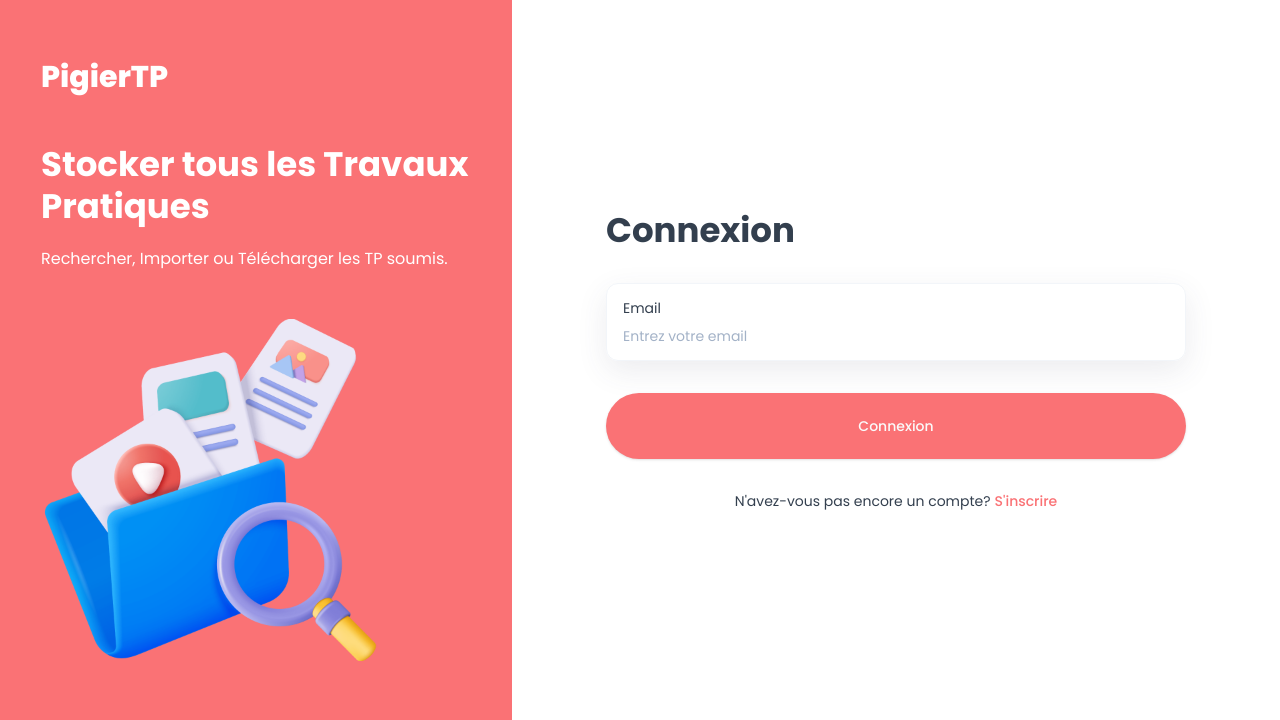
Repository: Tychiq/pigier_tp
Page: /sign-in
The author's editor kept a copy of each file at every save. The page is drawn from the files as they stood at one save, then again after the next save.
The browser window is 1280 px wide. The pictures show the whole page.
The page's requests for data from a server got no answer. The project was rebuilt for these pictures with package versions that can differ from the ones it lists, and the page was loaded fresh each time. The framework's server and built-in components were replaced by stand-ins that run in the browser. No one was signed in, and anything a server would have sent is missing. Also part of the build but not shown: next.config.ts, components/ui/alert-dialog.tsx, components/ui/input-otp.tsx, components/OTPModal.tsx.

Above is the page before, as saved 2025-04-29 16:16:38.

### app/layout.tsx
import type { Metadata } from "next";
import { Poppins } from 'next/font/google'

import "./globals.css";

const poppins = Poppins({
    subsets: ['latin'],
    weight: ['100', '200', '300', '400', '500', '600', '700', '800', '900'],
    variable: '--font-poppins',
})

export const metadata: Metadata = {
  title: "PigierTP",
  description: "PigierTP - Tous les Travaux Pratiques.",
};

export default function RootLayout({
  children,
}: Readonly<{
  children: React.ReactNode;
}>) {
  return (
    <html lang="en">
      <body
        className={`${poppins.variable} font-poppins antialiased`}
      >
        {children}
      </body>
    </html>
  );
}

### app/(auth)/layout.tsx
import React from "react";
import Image from "next/image";

const Layout = ({ children }: { children: React.ReactNode }) => {
  return (
    <div className="flex min-h-screen">
      <section className="hidden w-1/2 items-center justify-center bg-brand p-10 lg:flex xl:w-2/5">
        <div className="flex max-h-[800px] max-w-[430px] flex-col justify-center space-y-12">
          <p className="text-3xl font-extrabold font-poppins text-white">PigierTP</p>

          <div className="space-y-5 text-white">
            <h1 className="h1">Stocker tous les Travaux Pratiques</h1>
            <p className="body-1">
              Rechercher, Importer ou Télécharger les TP soumis.
            </p>
          </div>
          <Image
            src="/assets/images/files.png"
            alt="Files"
            width={342}
            height={342}
            className="transition-all hover:rotate-2 hover:scale-105"
          />
        </div>
      </section>

      <section className="flex flex-1 flex-col items-center bg-white p-4 py-10 lg:justify-center lg:p-10 lg:py-0">
        <div className="mb-16 lg:hidden">
          <Image
            src="/assets/icons/logo-full-brand.svg"
            alt="logo"
            width={224}
            height={82}
            className="h-auto w-[200px] lg:w-[250px]"
          />
        </div>

        {children}
      </section>
    </div>
  );
};

export default Layout;

### components/AuthForm.tsx
"use client";

import { z } from "zod";
import { zodResolver } from "@hookform/resolvers/zod";
import { useForm } from "react-hook-form";

import { Button } from "@/components/ui/button";
import {
  Form,
  FormControl,
  FormField,
  FormItem,
  FormLabel,
  FormMessage,
} from "@/components/ui/form";
import { Input } from "@/components/ui/input";
import { useState } from "react";
import Image from "next/image";
import Link from "next/link";
import { createAccount, signInUser } from "@/lib/actions/user.actions";
import OtpModal from "@/components/OTPModal";

type FormType = "sign-in" | "sign-up";

const authFormSchema = (formType: FormType) => {
  return z.object({
    email: z.string().email(),
    fullName:
      formType === "sign-up"
        ? z.string().min(2).max(50)
        : z.string().optional(),
  });
};

const AuthForm = ({ type }: { type: FormType }) => {
  const [isLoading, setIsLoading] = useState(false);
  const [errorMessage, setErrorMessage] = useState("");
  const [accountId, setAccountId] = useState(null);

  const formSchema = authFormSchema(type);
  const form = useForm<z.infer<typeof formSchema>>({
    resolver: zodResolver(formSchema),
    defaultValues: {
      fullName: "",
      email: "",
    },
  });

  const onSubmit = async (values: z.infer<typeof formSchema>) => {
    setIsLoading(true);
    setErrorMessage("");

    try {
      const user =
        type === "sign-up"
          ? await createAccount({
              fullName: values.fullName || "",
              email: values.email,
            })
          : await signInUser({ email: values.email });

      setAccountId(user.accountId);
    } catch {
      setErrorMessage("Echec lors de la création de compte. Réessayez encore.");
    } finally {
      setIsLoading(false);
    }
  };

  return (
    <>
      <Form {...form}>
        <form onSubmit={form.handleSubmit(onSubmit)} className="auth-form">
          <h1 className="form-title">
            {type === "sign-in" ? "Connexion" : "S'inscrire"}
          </h1>
          {type === "sign-up" && (
            <FormField
              control={form.control}
              name="fullName"
              render={({ field }) => (
                <FormItem>
                  <div className="shad-form-item">
                    <FormLabel className="shad-form-label">Nom Complet</FormLabel>

                    <FormControl>
                      <Input
                        placeholder="Entrez votre nom complet"
                        className="shad-input"
                        {...field}
                      />
                    </FormControl>
                  </div>

                  <FormMessage className="shad-form-message" />
                </FormItem>
              )}
            />
          )}

          <FormField
            control={form.control}
            name="email"
            render={({ field }) => (
              <FormItem>
                <div className="shad-form-item">
                  <FormLabel className="shad-form-label">Email</FormLabel>

                  <FormControl>
                    <Input
                      placeholder="Entrez votre email"
                      className="shad-input"
                      {...field}
                    />
                  </FormControl>
                </div>

                <FormMessage className="shad-form-message" />
              </FormItem>
            )}
          />

          <Button
            type="submit"
            className="form-submit-button"
            disabled={isLoading}
          >
            {type === "sign-in" ? "Connexion" : "S'inscrire"}

            {isLoading && (
              <Image
                src="/assets/icons/loader.svg"
                alt="loader"
                width={24}
                height={24}
                className="ml-2 animate-spin"
              />
            )}
          </Button>

          {errorMessage && <p className="error-message">*{errorMessage}</p>}

          <div className="body-2 flex justify-center">
            <p className="text-light-100">
              {type === "sign-in"
                ? "N'avez-vous pas encore un compte?"
                : "Déja enregistré(e)?"}
            </p>
            <Link
              href={type === "sign-in" ? "/sign-up" : "/sign-in"}
              className="ml-1 font-medium text-brand"
            >
              {" "}
              {type === "sign-in" ? "S'inscrire" : "Connexion"}
            </Link>
          </div>
        </form>
      </Form>

      {accountId && (
        <OtpModal email={form.getValues("email")} accountId={accountId} />
      )}
    </>
  );
};

export default AuthForm;

### components/ui/button.tsx
import * as React from "react"
import { Slot } from "@radix-ui/react-slot"
import { cva, type VariantProps } from "class-variance-authority"

import { cn } from "@/lib/utils"

const buttonVariants = cva(
  "inline-flex items-center justify-center gap-2 whitespace-nowrap rounded-md text-sm font-medium transition-colors focus-visible:outline-none focus-visible:ring-1 focus-visible:ring-ring disabled:pointer-events-none disabled:opacity-50 [&_svg]:pointer-events-none [&_svg]:size-4 [&_svg]:shrink-0",
  {
    variants: {
      variant: {
        default:
          "bg-primary text-primary-foreground shadow hover:bg-primary/90",
        destructive:
          "bg-destructive text-destructive-foreground shadow-sm hover:bg-destructive/90",
        outline:
          "border border-input bg-background shadow-sm hover:bg-accent hover:text-accent-foreground",
        secondary:
          "bg-secondary text-secondary-foreground shadow-sm hover:bg-secondary/80",
        ghost: "hover:bg-accent hover:text-accent-foreground",
        link: "text-primary underline-offset-4 hover:underline",
      },
      size: {
        default: "h-9 px-4 py-2",
        sm: "h-8 rounded-md px-3 text-xs",
        lg: "h-10 rounded-md px-8",
        icon: "h-9 w-9",
      },
    },
    defaultVariants: {
      variant: "default",
      size: "default",
    },
  }
)

export interface ButtonProps
  extends React.ButtonHTMLAttributes<HTMLButtonElement>,
    VariantProps<typeof buttonVariants> {
  asChild?: boolean
}

const Button = React.forwardRef<HTMLButtonElement, ButtonProps>(
  ({ className, variant, size, asChild = false, ...props }, ref) => {
    const Comp = asChild ? Slot : "button"
    return (
      <Comp
        className={cn(buttonVariants({ variant, size, className }))}
        ref={ref}
        {...props}
      />
    )
  }
)
Button.displayName = "Button"

export { Button, buttonVariants }

### components/ui/form.tsx
"use client"

import * as React from "react"
import * as LabelPrimitive from "@radix-ui/react-label"
import { Slot } from "@radix-ui/react-slot"
import {
  Controller,
  ControllerProps,
  FieldPath,
  FieldValues,
  FormProvider,
  useFormContext,
} from "react-hook-form"

import { cn } from "@/lib/utils"
import { Label } from "@/components/ui/label"

const Form = FormProvider

type FormFieldContextValue<
  TFieldValues extends FieldValues = FieldValues,
  TName extends FieldPath<TFieldValues> = FieldPath<TFieldValues>
> = {
  name: TName
}

const FormFieldContext = React.createContext<FormFieldContextValue>(
  {} as FormFieldContextValue
)

const FormField = <
  TFieldValues extends FieldValues = FieldValues,
  TName extends FieldPath<TFieldValues> = FieldPath<TFieldValues>
>({
  ...props
}: ControllerProps<TFieldValues, TName>) => {
  return (
    <FormFieldContext.Provider value={{ name: props.name }}>
      <Controller {...props} />
    </FormFieldContext.Provider>
  )
}

const useFormField = () => {
  const fieldContext = React.useContext(FormFieldContext)
  const itemContext = React.useContext(FormItemContext)
  const { getFieldState, formState } = useFormContext()

  const fieldState = getFieldState(fieldContext.name, formState)

  if (!fieldContext) {
    throw new Error("useFormField should be used within <FormField>")
  }

  const { id } = itemContext

  return {
    id,
    name: fieldContext.name,
    formItemId: `${id}-form-item`,
    formDescriptionId: `${id}-form-item-description`,
    formMessageId: `${id}-form-item-message`,
    ...fieldState,
  }
}

type FormItemContextValue = {
  id: string
}

const FormItemContext = React.createContext<FormItemContextValue>(
  {} as FormItemContextValue
)

const FormItem = React.forwardRef<
  HTMLDivElement,
  React.HTMLAttributes<HTMLDivElement>
>(({ className, ...props }, ref) => {
  const id = React.useId()

  return (
    <FormItemContext.Provider value={{ id }}>
      <div ref={ref} className={cn("space-y-2", className)} {...props} />
    </FormItemContext.Provider>
  )
})
FormItem.displayName = "FormItem"

const FormLabel = React.forwardRef<
  React.ElementRef<typeof LabelPrimitive.Root>,
  React.ComponentPropsWithoutRef<typeof LabelPrimitive.Root>
>(({ className, ...props }, ref) => {
  const { error, formItemId } = useFormField()

  return (
    <Label
      ref={ref}
      className={cn(error && "text-destructive", className)}
      htmlFor={formItemId}
      {...props}
    />
  )
})
FormLabel.displayName = "FormLabel"

const FormControl = React.forwardRef<
  React.ElementRef<typeof Slot>,
  React.ComponentPropsWithoutRef<typeof Slot>
>(({ ...props }, ref) => {
  const { error, formItemId, formDescriptionId, formMessageId } = useFormField()

  return (
    <Slot
      ref={ref}
      id={formItemId}
      aria-describedby={
        !error
          ? `${formDescriptionId}`
          : `${formDescriptionId} ${formMessageId}`
      }
      aria-invalid={!!error}
      {...props}
    />
  )
})
FormControl.displayName = "FormControl"

const FormDescription = React.forwardRef<
  HTMLParagraphElement,
  React.HTMLAttributes<HTMLParagraphElement>
>(({ className, ...props }, ref) => {
  const { formDescriptionId } = useFormField()

  return (
    <p
      ref={ref}
      id={formDescriptionId}
      className={cn("text-[0.8rem] text-muted-foreground", className)}
      {...props}
    />
  )
})
FormDescription.displayName = "FormDescription"

const FormMessage = React.forwardRef<
  HTMLParagraphElement,
  React.HTMLAttributes<HTMLParagraphElement>
>(({ className, children, ...props }, ref) => {
  const { error, formMessageId } = useFormField()
  const body = error ? String(error?.message) : children

  if (!body) {
    return null
  }

  return (
    <p
      ref={ref}
      id={formMessageId}
      className={cn("text-[0.8rem] font-medium text-destructive", className)}
      {...props}
    >
      {body}
    </p>
  )
})
FormMessage.displayName = "FormMessage"

export {
  useFormField,
  Form,
  FormItem,
  FormLabel,
  FormControl,
  FormDescription,
  FormMessage,
  FormField,
}

### components/ui/input.tsx
import * as React from "react"

import { cn } from "@/lib/utils"

export interface InputProps
  extends React.InputHTMLAttributes<HTMLInputElement> {}

const Input = React.forwardRef<HTMLInputElement, InputProps>(
  ({ className, type, ...props }, ref) => {
    return (
      <input
        type={type}
        className={cn(
          "flex h-9 w-full rounded-md border border-input bg-transparent px-3 py-1 text-sm shadow-sm transition-colors file:border-0 file:bg-transparent file:text-sm file:font-medium file:text-foreground placeholder:text-muted-foreground focus-visible:outline-none focus-visible:ring-1 focus-visible:ring-ring disabled:cursor-not-allowed disabled:opacity-50",
          className
        )}
        ref={ref}
        {...props}
      />
    )
  }
)
Input.displayName = "Input"

export { Input }

### lib/actions/user.actions.ts
"use server";

import { createAdminClient, createSessionClient } from "@/lib/appwrite";
import { appwriteConfig } from "@/lib/appwrite/config";
import { Query, ID } from "node-appwrite";
import { parseStringify } from "@/lib/utils";
import { cookies } from "next/headers";
import { avatarPlaceholderUrl } from "@/constants";
import { redirect } from "next/navigation";

const getUserByEmail = async (email: string) => {
  const { databases } = await createAdminClient();

  const result = await databases.listDocuments(
    appwriteConfig.databaseId,
    appwriteConfig.usersCollectionId,
    [Query.equal("email", [email])],
  );

  return result.total > 0 ? result.documents[0] : null;
};

const handleError = (error: unknown, message: string) => {
  console.log(error, message);
  throw error;
};

export const sendEmailOTP = async ({ email }: { email: string }) => {
  const { account } = await createAdminClient();

  try {
    const session = await account.createEmailToken(ID.unique(), email);

    return session.userId;
  } catch (error) {
    handleError(error, "Erreur lors de l'envoi de l'OTP");
  }
};

export const createAccount = async ({
  fullName,
  email,
}: {
  fullName: string;
  email: string;
}) => {
  const existingUser = await getUserByEmail(email);

  const accountId = await sendEmailOTP({ email });
  if (!accountId) throw new Error("Erreur lors de l'envoi de l'OTP");

  if (!existingUser) {
    const { databases } = await createAdminClient();

    await databases.createDocument(
      appwriteConfig.databaseId,
      appwriteConfig.usersCollectionId,
      ID.unique(),
      {
        fullName,
        email,
        avatar: avatarPlaceholderUrl,
        accountId,
      },
    );
  }

  return parseStringify({ accountId });
};

export const verifySecret = async ({
  accountId,
  password,
}: {
  accountId: string;
  password: string;
}) => {
  try {
    const { account } = await createAdminClient();

    const session = await account.createSession(accountId, password);

    (await cookies()).set("appwrite-session", session.secret, {
      path: "/",
      httpOnly: true,
      sameSite: "strict",
      secure: true,
    });

    return parseStringify({ sessionId: session.$id });
  } catch (error) {
    handleError(error, "Echec de vérification de l'OTP");
  }
};

export const getCurrentUser = async () => {
  try {
    const { databases, account } = await createSessionClient();

    const result = await account.get();

    const user = await databases.listDocuments(
      appwriteConfig.databaseId,
      appwriteConfig.usersCollectionId,
      [Query.equal("accountId", result.$id)],
    );

    if (user.total <= 0) return null;

    return parseStringify(user.documents[0]);
  } catch (error) {
    console.log(error);
  }
};

export const signOutUser = async () => {
  const { account } = await createSessionClient();

  try {
    await account.deleteSession("current");
    (await cookies()).delete("appwrite-session");
  } catch (error) {
    handleError(error, "Echec lors de la déconnexion");
  } finally {
    redirect("/sign-in");
  }
};

export const signInUser = async ({ email }: { email: string }) => {
  try {
    const existingUser = await getUserByEmail(email);

    // User exists, send OTP
    if (existingUser) {
      await sendEmailOTP({ email });
      return parseStringify({ accountId: existingUser.accountId });
    }

    return parseStringify({ accountId: null, error: "Utilisateur non identifié(e)" });
  } catch (error) {
    handleError(error, "Erreur lors de l'enregistrement de l'utilisateur");
  }
};

### components/ui/label.tsx
"use client"

import * as React from "react"
import * as LabelPrimitive from "@radix-ui/react-label"
import { cva, type VariantProps } from "class-variance-authority"

import { cn } from "@/lib/utils"

const labelVariants = cva(
  "text-sm font-medium leading-none peer-disabled:cursor-not-allowed peer-disabled:opacity-70"
)

const Label = React.forwardRef<
  React.ElementRef<typeof LabelPrimitive.Root>,
  React.ComponentPropsWithoutRef<typeof LabelPrimitive.Root> &
    VariantProps<typeof labelVariants>
>(({ className, ...props }, ref) => (
  <LabelPrimitive.Root
    ref={ref}
    className={cn(labelVariants(), className)}
    {...props}
  />
))
Label.displayName = LabelPrimitive.Root.displayName

export { Label }

### constants/index.ts
export const navItems = [
  {
    name: "Dashboard",
    icon: "/assets/icons/dashboard.svg",
    url: "/",
  },
  {
    name: "Documents",
    icon: "/assets/icons/documents.svg",
    url: "/documents",
  },
  {
    name: "Images",
    icon: "/assets/icons/images.svg",
    url: "/images",
  },
  {
    name: "Médias",
    icon: "/assets/icons/video.svg",
    url: "/media",
  },
  {
    name: "Autres",
    icon: "/assets/icons/others.svg",
    url: "/others",
  },
];

export const actionsDropdownItems = [
  {
    label: "Rename",
    icon: "/assets/icons/edit.svg",
    value: "rename",
  },
  {
    label: "Details",
    icon: "/assets/icons/info.svg",
    value: "details",
  },
  {
    label: "Share",
    icon: "/assets/icons/share.svg",
    value: "share",
  },
  {
    label: "Download",
    icon: "/assets/icons/download.svg",
    value: "download",
  },
  {
    label: "Delete",
    icon: "/assets/icons/delete.svg",
    value: "delete",
  },
];

export const sortTypes = [
  {
    label: "Date created (newest)",
    value: "$createdAt-desc",
  },
  {
    label: "Created Date (oldest)",
    value: "$createdAt-asc",
  },
  {
    label: "Name (A-Z)",
    value: "name-asc",
  },
  {
    label: "Name (Z-A)",
    value: "name-desc",
  },
  {
    label: "Size (Highest)",
    value: "size-desc",
  },
  {
    label: "Size (Lowest)",
    value: "size-asc",
  },
];

export const avatarPlaceholderUrl =
  "https://img.freepik.com/free-psd/3d-illustration-person-with-sunglasses_23-2149436188.jpg";

export const MAX_FILE_SIZE = 50 * 1024 * 1024; // 50MB

### tailwind.config.ts
import type { Config } from "tailwindcss";

const config: Config = {
  darkMode: ["class"],
  content: [
    "./pages/**/*.{js,ts,jsx,tsx,mdx}",
    "./components/**/*.{js,ts,jsx,tsx,mdx}",
    "./app/**/*.{js,ts,jsx,tsx,mdx}",
  ],
  theme: {
  	extend: {
  		colors: {
  			brand: {
  				'100': '#EA6365',
  				DEFAULT: '#FA7275'
  			},
  			red: '#FF7474',
  			error: '#b80000',
  			green: '#3DD9B3',
  			blue: '#56B8FF',
  			pink: '#EEA8FD',
  			orange: '#F9AB72',
  			light: {
  				'100': '#333F4E',
  				'200': '#A3B2C7',
  				'300': '#F2F5F9',
  				'400': '#F2F4F8'
  			},
  			dark: {
  				'100': '#04050C',
  				'200': '#131524'
  			},
  			background: 'hsl(var(--background))',
  			foreground: 'hsl(var(--foreground))',
  			card: {
  				DEFAULT: 'hsl(var(--card))',
  				foreground: 'hsl(var(--card-foreground))'
  			},
  			popover: {
  				DEFAULT: 'hsl(var(--popover))',
  				foreground: 'hsl(var(--popover-foreground))'
  			},
  			primary: {
  				DEFAULT: 'hsl(var(--primary))',
  				foreground: 'hsl(var(--primary-foreground))'
  			},
  			secondary: {
  				DEFAULT: 'hsl(var(--secondary))',
  				foreground: 'hsl(var(--secondary-foreground))'
  			},
  			muted: {
  				DEFAULT: 'hsl(var(--muted))',
  				foreground: 'hsl(var(--muted-foreground))'
  			},
  			accent: {
  				DEFAULT: 'hsl(var(--accent))',
  				foreground: 'hsl(var(--accent-foreground))'
  			},
  			destructive: {
  				DEFAULT: 'hsl(var(--destructive))',
  				foreground: 'hsl(var(--destructive-foreground))'
  			},
  			border: 'hsl(var(--border))',
  			input: 'hsl(var(--input))',
  			ring: 'hsl(var(--ring))',
  			chart: {
  				'1': 'hsl(var(--chart-1))',
  				'2': 'hsl(var(--chart-2))',
  				'3': 'hsl(var(--chart-3))',
  				'4': 'hsl(var(--chart-4))',
  				'5': 'hsl(var(--chart-5))'
  			}
  		},
  		fontFamily: {
  			poppins: ["var(--font-poppins)"]
  		},
  		boxShadow: {
  			'drop-1': '0px 10px 30px 0px rgba(66, 71, 97, 0.1)',
  			'drop-2': '0 8px 30px 0 rgba(65, 89, 214, 0.3)',
  			'drop-3': '0 8px 30px 0 rgba(65, 89, 214, 0.1)'
  		},
  		borderRadius: {
  			lg: 'var(--radius)',
  			md: 'calc(var(--radius) - 2px)',
  			sm: 'calc(var(--radius) - 4px)'
  		},
  		keyframes: {
  			'caret-blink': {
  				'0%,70%,100%': {
  					opacity: '1'
  				},
  				'20%,50%': {
  					opacity: '0'
  				}
  			}
  		},
  		animation: {
  			'caret-blink': 'caret-blink 1.25s ease-out infinite'
  		}
  	}
  },
  // eslint-disable-next-line @typescript-eslint/no-require-imports
  plugins: [require("tailwindcss-animate")],
};
export default config;

Loaded but not shown: app/(auth)/sign-in/page.tsx (common file); app/globals.css (common file); lib/appwrite/index.ts (common file); lib/appwrite/config.ts (common file); lib/utils.ts (236 lines, source omitted)

After the next save:
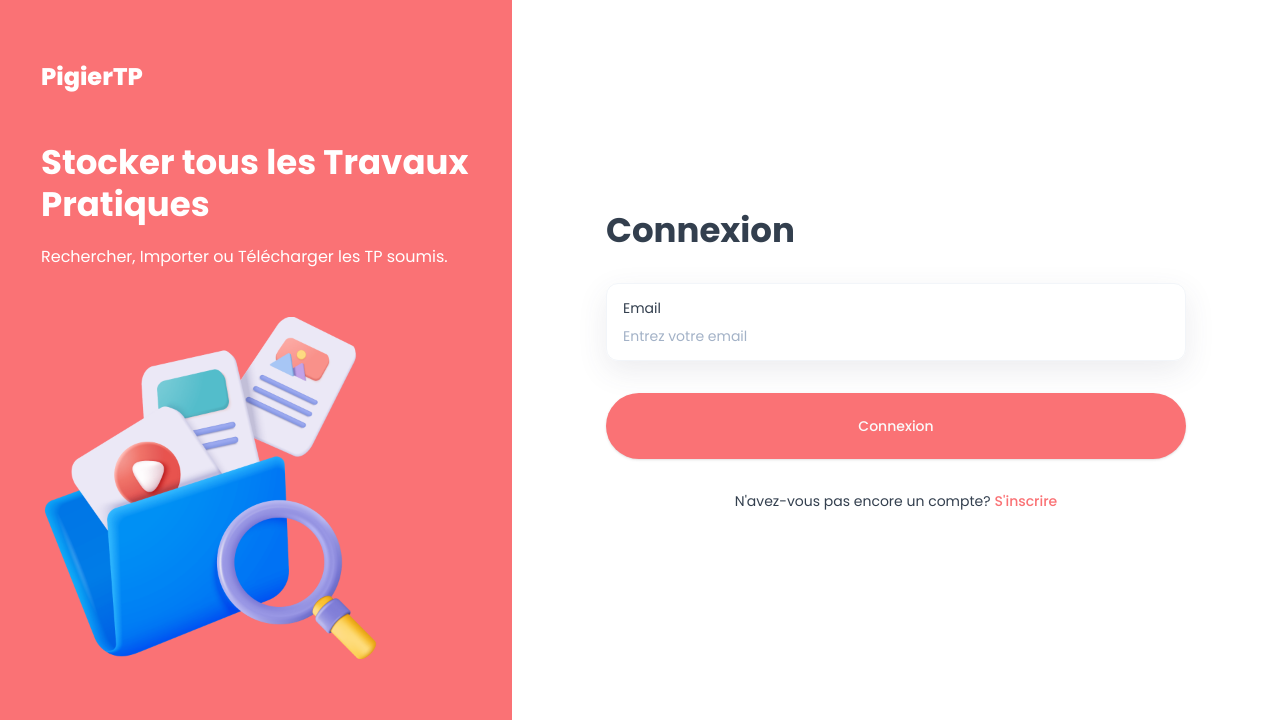
Saved 55 s later.
--- a/app/(auth)/layout.tsx
+++ b/app/(auth)/layout.tsx
@@ -6,7 +6,7 @@ const Layout = ({ children }: { children: React.ReactNode }) => {
     <div className="flex min-h-screen">
       <section className="hidden w-1/2 items-center justify-center bg-brand p-10 lg:flex xl:w-2/5">
         <div className="flex max-h-[800px] max-w-[430px] flex-col justify-center space-y-12">
-          <p className="text-3xl font-extrabold font-poppins text-white">PigierTP</p>
+          <p className="text-2xl font-extrabold font-poppins text-white">PigierTP</p>
 
           <div className="space-y-5 text-white">
             <h1 className="h1">Stocker tous les Travaux Pratiques</h1>
